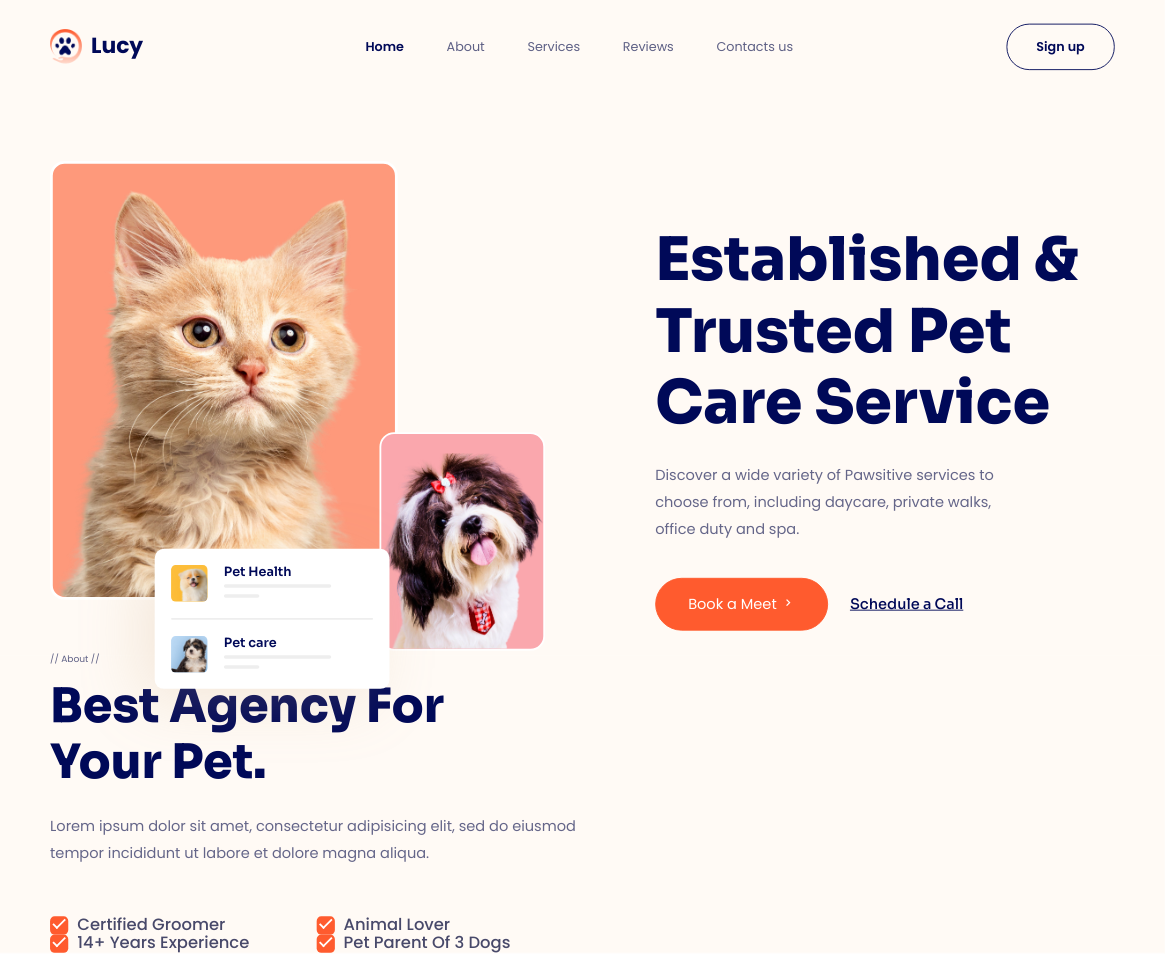
Repository: Cuongquaidan/F8projeact-04
Page: index.html
An editor plug-in stored every save of this project. The page is shown before and after the next save, followed by the edit.
The browser window is 1280 px wide. The pictures show the whole page, at 91% of full size.

Above is the page before, as saved 2023-04-15 13:16:24.

### index.html
<!DOCTYPE html>
<html lang="en">
    <head>
        <meta charset="UTF-8" />
        <meta http-equiv="X-UA-Compatible" content="IE=edge" />
        <meta name="viewport" content="width=device-width, initial-scale=1.0" />
        <title>F8project-4</title>
        <!-- reset css -->
        <link rel="stylesheet" href="./asset/css/reset.css" />
        <!-- font -->
        <link rel="preconnect" href="https://fonts.googleapis.com" />
        <link rel="preconnect" href="https://fonts.gstatic.com" crossorigin />
        <link
            href="https://fonts.googleapis.com/css2?family=Poppins:ital,wght@0,200;0,300;0,400;0,500;0,600;0,700;0,800;0,900;1,100;1,200;1,300;1,400;1,500;1,600;1,700;1,800;1,900&family=Sora:wght@100;200;300;400;500;600;700;800&display=swap"
            rel="stylesheet"
        />
        <!-- icon -->
        <link
            href="https://unpkg.com/boxicons@2.1.4/css/boxicons.min.css"
            rel="stylesheet"
        />

        <!-- styles -->
        <link rel="stylesheet" href="./asset/css/styles.css" />
        <link rel="stylesheet" href="./asset/css/responsive.css" />
    </head>
    <body>
        <div class="header">
            <div class="container">
                <a href="#" class="brand__link">
                    <div class="header__brand">
                        <img
                            src="./asset/img/logo.png"
                            alt="Lucy"
                            class="brand__img"
                        />
                        <span class="brand__name">Lucy</span>
                    </div>
                </a>
                <ul class="header__nav">
                    <li class="header__nav-item">
                        <a
                            href="#header"
                            class="nav-item__link nav-item--active"
                            >Home</a
                        >
                    </li>
                    <li class="header__nav-item">
                        <a href="#about" class="nav-item__link">About</a>
                    </li>
                    <li class="header__nav-item">
                        <a href="#services" class="nav-item__link">Services</a>
                    </li>
                    <li class="header__nav-item">
                        <a href="#reviews" class="nav-item__link">Reviews</a>
                    </li>
                    <li class="header__nav-item">
                        <a href="#contacts" class="nav-item__link"
                            >Contacts us</a
                        >
                    </li>
                </ul>
                <div class="header__action">
                    <button class="header__action-btn">Sign up</button>
                </div>
            </div>
            <div class="hero">
                <div class="container hero__container">
                    <div class="hero__cards">
                        <div class="cards__media">
                            <div class="cards__main-card">
                                <img src="./asset/img/pattern-1.svg" alt="pattern" class="main-card__decor">
                                <img
                                    src="./asset/img/conmeovang.png"
                                    alt="Meomeo"
                                    class="main-cards__img"
                                />
                                <img src="./asset/img/pattern-2.svg" alt="pattern" class="main-card__decor">
                            </div>
                            <div class="cards__sub-card">
                                <img
                                    src="./asset/img/conchohong.png"
                                    alt="Pets"
                                    class="sub-cards__img"
                                />
                            </div>
                        </div>
                        <div class="cards__info-card">
                            <div class="info-card__pet">
                                <div class="pet__bg-img"><img src="./asset/img/conchovang.png" alt="pets" class="pet__img"></img></div>
                                   <div class="info__inner-card">
                                    <p class="pet__title">Pet Health</p>
                                    <div class="pet__skeleton-long"></div>
                                    <div class="pet__skeleton-short"></div>
                                   </div>

                            </div>
                            <div class="seperate"></div>
                            <div class="info-card__pet">
                                <div class="pet__bg-img"> <img src="./asset/img/conchoxanh.png" alt="pets" class="pet__img"></img></div>
                                <div class="info__inner-card">
                                    <p class="pet__title">Pet care</p>
                                <div class="pet__skeleton-long"></div>
                                <div class="pet__skeleton-short"></div>
                                </div>
                            </div>
                        </div>
                    </div>
                    <section class="hero__contents">
                        <p class="hero__contents-title title">Established &
                            Trusted Pet
                            Care Service</p>
                        <p class="hero__contents-desc desc">
                            Discover a wide variety of Pawsitive services to choose from, including daycare, private walks, office duty and spa.
                        </p>
                        <div class="hero__contents-booking">
                            <button class="btn booking__btn">Book a Meet <span class="book-chevron"><i class='bx bx-chevron-right'></i></span></button>
                            <a href="#!" class="booking-call">Schedule a Call</a>
                        </div>
                    </section>
                </div>
            </div>
        </div>
        <div class="about">
            <div class="container about__container">

                <div class="about-info">
                    <div class="about__contents">
                        <div class="about__cmt">// About //</div>
                        <div class="about__contents-title title">Best Agency For Your Pet.</div>
                        <div class="about__contents-desc desc">Lorem ipsum dolor sit amet, consectetur adipisicing elit, sed do eiusmod tempor incididunt ut labore et dolore magna aliqua.</div>
                        <div class="about__contents-check-boxs">
                            <div class="about__contents-check-box">
                                <div class="about__fake-check">
                                    <div class="about__stick"></div>
                                </div>
                                <p class="about__name-check">Certified Groomer</p>
                            </div>
                            <div class="about__contents-check-box">
                                <div class="about__fake-check">
                                    <div class="about__stick"></div>
                                </div>
                                <p class="about__name-check">Animal Lover</p>
                            </div>
                            <div class="about__contents-check-box">
                                <div class="about__fake-check">
                                    <div class="about__stick"></div>
                                </div>
                                <p class="about__name-check">14+ Years Experience</p>
                            </div>
                            <div class="about__contents-check-box">
                                <div class="about__fake-check">
                                    <div class="about__stick"></div>
                                </div>
                                <p class="about__name-check">Pet Parent Of 3 Dogs</p>
                            </div>
                        </div>
                    </div>
                    <div class="about__media">

                    </div>
                </div>
                <!-- <div class="about__info">
                    <div class="about__media">
                        <img src="./asset/img/image 57.png" alt="pets">
                        <div class="about__media-wrap1">
                            <img src="./asset/img/Vector 10.png" alt="">
                            <img src="./asset/img/Vector 9.png" alt="">
                            <img src="./asset/img/Vector 8.png" alt="">
                        </div>
                        <div class="about__media-wrap2">
                            <img src="./asset/img/Vector 11.png" alt="">
                            <img src="./asset/img/Vector 12.png" alt="">
                        </div>
                        <div class="about__media-wrap3">
                            <img src="./asset/img/hinhtron1.png" alt="">
                            <img src="./asset/img/hinhtron2.png" alt="">
                            <img src="./asset/img/hinhtron3.png" alt="">
                        </div>
                    </div>
                    <div class="about__contents">

                    </div>
                </div> -->
            </div>
        </div>
        <script src="./app.js"></script>
    </body>
</html>

### asset/css/styles.css
* {
    box-sizing: border-box;
}
html {
    font-size: 62.5%;
}

:root {
    --primary-background-color: #fffaf5;
    --primary-font-tittle: "Sora", sans-serif;
    --primary-color: #000958;
}
body {
    font-size: 1.6rem;
    font-family: "Poppins", sans-serif;
}
/* comman */
input,
textarea,
select,
button {
    font-size: inherit;
    font-family: inherit;
}
a {
    text-decoration: none;
    color: #5e6085;
}
.container {
    width: 1170px;
    margin-left: auto;
    margin-right: auto;
    display: flex;
    text-align: center;
}
.title {
    color: var(--primary-color);
    font-family: "Sora", sans-serif;
    font-size: 5.2rem;
    line-height: 6.2rem;
    font-weight: 800;
    text-align: left;
}
.desc {
    font-weight: 400;
    font-size: 1.6rem;
    line-height: 3rem;
    text-align: left;
    color: #656689;
}
.btn {
    height: 54px;
    min-width: 190px;
    border: 1px solid #ff5b2e;
    color: #ff5b2e;
    background-color: #ffffff;
    border-radius: 31px;
}
/* header */
.header {
    background-color: var(--primary-background-color);
    padding-top: 26px;
    height: 100vh;
    font-size: 1rem;
}

.header .container {
    justify-content: space-between;
}
.header__brand {
    display: flex;
    text-align: center;
    padding: 6px 0px;
}
.brand__img {
    width: 35px;
    height: auto;
    object-fit: cover;
}
.brand__name {
    color: var(--primary-color);
    font-size: 2.4em;
    font-weight: 700;
    padding: 6px 10px;
}
.header__nav {
    display: flex;
    width: 490px;
    justify-content: space-between;
    text-align: center;
}
.header__nav-item {
    padding: 18px 10px;
    font-size: 1.4em;
    color: #5e6085;
}
.nav-item--active {
    font-weight: 600;
    color: var(--primary-color);
}
.header__action-btn {
    font-size: 1.4em;
    font-weight: 600;
    padding: 14px 32px;
    border: 1px solid var(--primary-color);
    color: var(--primary-color);
    background-color: var(--primary-background-color);
    border-radius: 25px;
}
/* hero */
.hero {
    margin-top: 100px;
    font-size: 1rem;
}
.hero__container {
    display: grid;
    grid-template-columns: repeat(2, 1fr);
}
.hero__cards {
    position: relative;
}
.cards__media {
    display: flex;
    align-items: end;
}

.cards__main-card {
    position: relative;
    width: 382px;
    height: 482px;
    background-color: #fe997b;
    border: 3px solid white;
    border-radius: 16px;
}
.main-cards__img {
    position: absolute;
    bottom: 0;
    left: 0;
    max-width: 100%;
    border-radius: 16px;
}
.main-card__decor {
    position: absolute;
    z-index: -1;
    top: 17px;
    right: -35px;
}
.main-card__decor:nth-child(3) {
    position: absolute;
    top: auto;
    right: auto;
    bottom: 10px;
    left: -58px;
}

.cards__sub-card {
    position: relative;
    margin-left: -20px;
    transform: translateY(56px);
    width: 182px;
    height: 240px;
    background-color: #faa7ad;
    border: 2px solid white;
    border-radius: 16px;
}
.sub-cards__img {
    position: absolute;
    bottom: 0;
    left: 0;
    max-width: 100%;
    border-radius: 16px;
}
.cards__info-card {
    position: absolute;
    top: 426px;
    right: 212px;
    background-color: white;
    box-shadow: -17px 14px 68px -4px rgba(207, 174, 132, 0.25);
    border-radius: 10px;
}

.info-card__pet {
    display: flex;
}
.seperate {
    width: 222px;
    margin-left: 18px;
    margin-right: 18px;
    background-color: #eee;
    height: 2px;
    border-radius: 1px;
}
.pet__bg-img {
    background-color: #fdbf3d;
    margin: 18px;
    width: 40px;
    height: 40px;
    border-radius: 5px;
}
.info-card__pet:nth-child(3) .pet__bg-img {
    background-color: #bcdaf5;
}
.pet__img {
    width: 100%;
    border-radius: 5px;
}
.info__inner-card {
    margin-top: 18px;
    display: flex;
    flex-direction: column;
    align-items: start;
}
.pet__title {
    color: var(--primary-color);
    font-family: "Sora", sans-serif;
    font-size: 1.4em;
    font-weight: 600;
}
.pet__skeleton-long {
    margin-top: 7px;
    margin-bottom: 7px;
    background-color: #eee;
    border-radius: 3px;
    width: 118px;
    height: 4px;
}
.pet__skeleton-short {
    background-color: #eee;
    border-radius: 3px;
    width: 39px;
    height: 4px;
}
.hero__contents {
    padding-top: 70px;
    padding-left: 80px;
}
.hero__contents-title {
    font-size: 6.6em;
    line-height: 1.19;
    margin-bottom: 24px;
    margin-right: 30px;
}
.hero__contents-desc {
    width: 390px;
}
.hero__contents-booking {
    display: flex;
    justify-content: start;
    align-items: center;
    margin-top: 38px;
}
.booking__btn {
    height: 58px;
    min-width: 190px;
    font-size: 1.6em;
    border: 1px solid #ff5b2e;
    color: #fff;
    background-color: #ff5b2e;
}
.booking-chevron {
    display: inline-block;
    width: 20px;
    height: 20px;
    border-radius: 999px;
    background-color: #fff;
    color: #ff5b2e;
    line-height: 20px;
    margin-left: 10px;
}
.booking-chevron .bx-chevron-right {
    text-align: center;
    line-height: 20px;
}
.booking-call {
    font-family: "Sora", sans-serif;
    margin-left: 24px;
    text-decoration: underline;
    color: var(--primary-color);
    font-weight: 500;
    font-size: 16px;
}
/* About */
.about {
    background-color: var(--primary-background-color);
    font-size: 1rem;
}

.about-info {
    display: grid;
    grid-template-columns: repeat(2, 1fr);
}
.about__cmt {
    color: #5e6085;
    text-align: start;
}
.about__contents-title {
    width: 446px;
    margin-bottom: 24px;
    margin-top: 15px;
}
.about__contents-check-boxs {
    display: grid;
    margin-top: 54px;
    grid-template-columns: repeat(2, 1fr);
}
.about__contents-check-box {
    display: flex;
    justify-self: start;
    text-align: center;
}
.about__fake-check {
    display: inline-block;
    padding: 3px;
    width: 20px;
    height: 20px;
    margin-right: 10px;
    border-radius: 5px;
    background-color: #ff5b2e;
}
.about__stick {
    width: 14px;
    height: 7px;
    border-bottom: 2px solid #fff;
    border-left: 2px solid #fff;
    rotate: -45deg;
}
.about__name-check {
    display: inline-block;
    color: #48496a;
    font-size: 1.8em;
    font-weight: 500;
}

Loaded but not shown: asset/css/reset.css (common file); app.js (no copy from this time; the picture is the same without it); asset/css/responsive.css (no stored copy; drawn as an empty file)

After the next save:
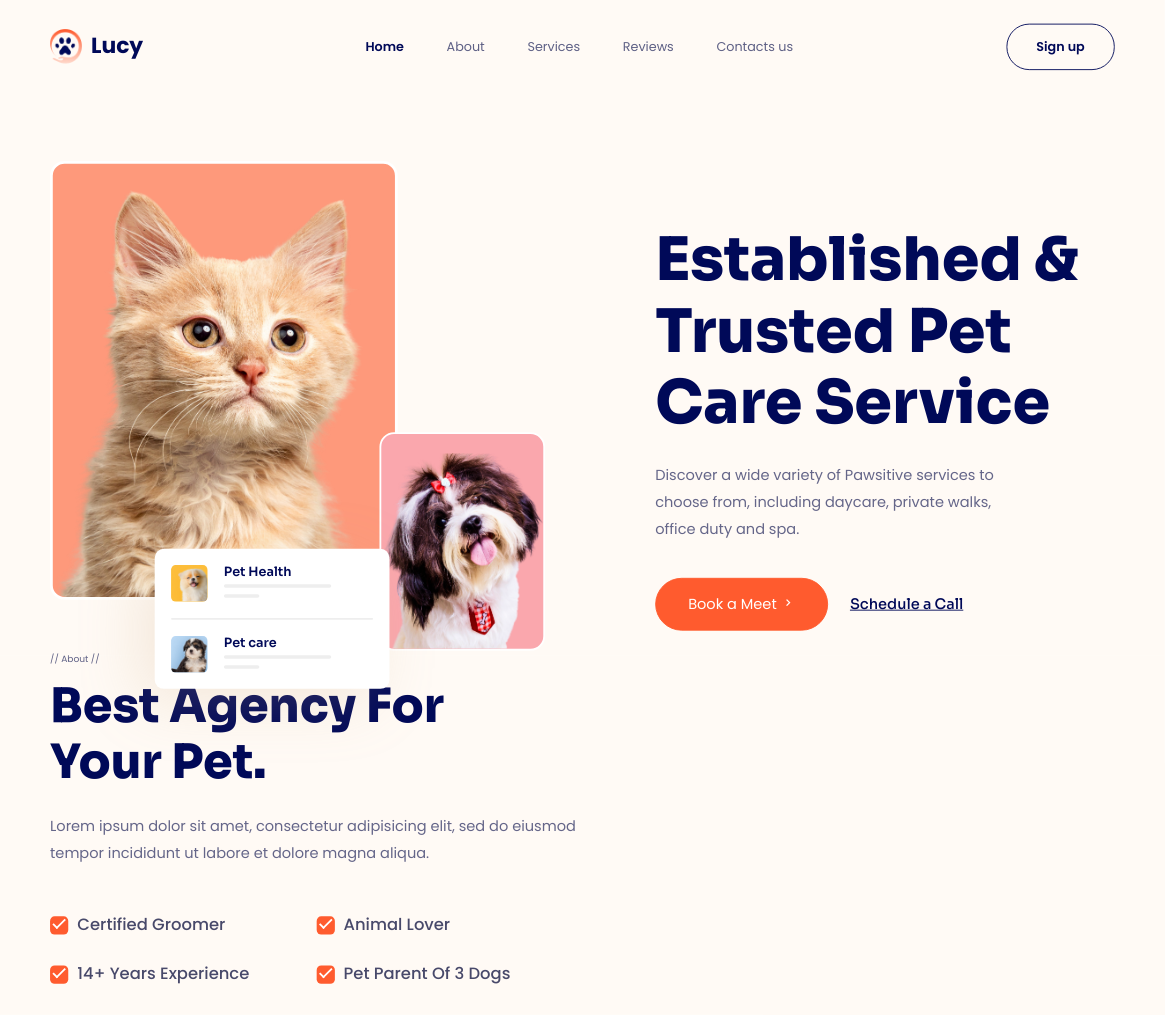
Saved 22 s later.
--- a/asset/css/styles.css
+++ b/asset/css/styles.css
@@ -314,6 +314,7 @@ a {
     width: 20px;
     height: 20px;
     margin-right: 10px;
+    margin-bottom: 34px;
     border-radius: 5px;
     background-color: #ff5b2e;
 }
